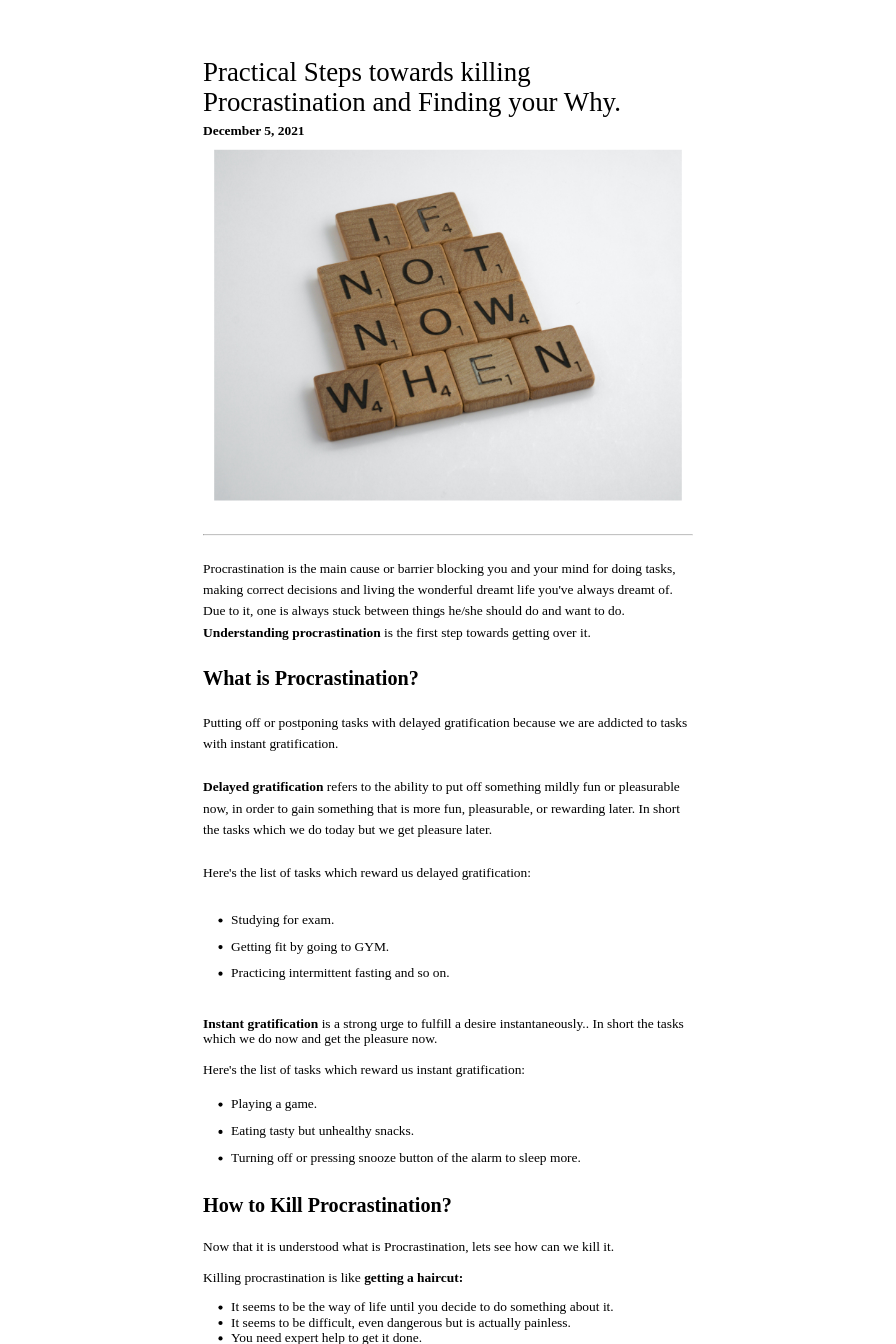
Repository: PuneetP16/Portfolio
Page: killing_procrastination.html
The author's editor kept a copy of each file at every save. The page is drawn from the files as they stood at one save, then again after the next save.
The browser window is 1280 px wide. The pictures show the part of the page from y = 0 to 1920 px (the page is 4238 px tall before and 4193 px after), at 70% of full size.
Some web fonts or font styles are not loaded; a fallback is used.

Above is the page before, as saved 2021-12-10 01:49:21.

### killing_procrastination.html
<!DOCTYPE html>
<html lang="en">

<head>
  <meta charset="UTF-8" />
  <meta name="viewport" content="width=device-width, initial-scale=1.0" />
  <title>Practical Steps towards killing Procrastination and Finding your Why.</title>
  <link rel="stylesheet" href="style.css" />
</head>

<body>
  <div class="blog-container blog-container-center" style="margin-top: 5rem">
    <h1 class="main-head">Practical Steps towards killing Procrastination and Finding your Why.</h1>
    <strong> December 5, 2021</strong>
    <header class="blog-head">
      <img class="blog-img"
        src="Images/brett-jordan-_Xwnk1DgTb8-unsplash.jpg"
        alt="Code" />
    </header>

    <hr />

    <p class="blog-paragraph">
      Procrastination is the main cause or barrier blocking you and your mind for doing tasks, making correct decisions and living the wonderful dreamt life you've always dreamt of. Due to it, one is always stuck between things he/she should do and want to do. <strong>Understanding procrastination</strong> is the first step towards getting over it.
    </p>

    <h2 class="blog-h2">What is Procrastination?</h2>
    <p class="blog-paragraph">
      Putting off or postponing tasks with delayed gratification because we are addicted to tasks with instant gratification. <br>
      <br>
      <strong>Delayed gratification</strong> refers to the ability to put off something mildly fun or pleasurable now, in order to gain something that is more fun, pleasurable, or rewarding later. In short the tasks which we do today but we get pleasure later. <br><br>
        Here's the list of tasks which reward us delayed gratification:
      <ul style="line-height: 2">
        <li>Studying for exam.</li>
        <li>Getting fit by going to GYM.</li>
        <li>Practicing intermittent fasting and so on.</li>
      </ul>
      <br>
      <strong>Instant gratification</strong> is a strong urge to fulfill a desire instantaneously.. In short the tasks which we do now and get the pleasure now. <br><br>
        Here's the list of tasks which reward us instant gratification:
      <ul style="line-height: 2">
        <li>Playing a game.</li>
        <li>Eating tasty but unhealthy snacks.</li>
        <li>Turning off or pressing snooze button of the alarm to sleep more.</li>
      </ul>
      <h2 class="blog-h2">How to Kill Procrastination?</h2>
      Now that it is understood what is Procrastination, lets see how can we kill it.<br><br>
      Killing procrastination is like <strong> getting a haircut:</strong> <br>
      <ul>
        <li>It seems to be the way of life until you decide to do something about it.</li>
        <li>It seems to be difficult, even dangerous but is actually painless.</li>
        <li>You need expert help to get it done.</li>
        <li>Both when done makes you feel good about yourself.</li>
      </ul>
      Below are the steps to remove procrastination for good.
      <h3>1. Understanding the hard truth </h3>
      <ul>
        <li>Nobody cares who you are!</li>
        <li>STOP Blaming or Being A Victim (Like I was) </li>
        <li>The world only responds to your action or what you produce</li>
        <li>You Are What You DO!</li>
      </ul>

      <h3>2. Realize Your Value</h3>
      <ul>
        <li>The ODDS of being A Human being are 400 Trillion to 1. </li>
        <li>There are 7 Billion Human Beings - You are already at the top because of all you have!</li>
        <li>You are a fantastic, precious creation of nature</li>
        <li>YOUR Life is Legendary?</li>
        <li>YOU deserve to Live Your Dream Life - Don't waste a second!</li>
        <li>Think what do Mukesh Ambani, Bill Gates, and You have in common?</li>
      </ul>

      <h3>3. Find Your WHY </h3>
      <ul>
        <li>Find the reason You want to LIVE YOUR DREAM LIFE.</li>
        <li>To give your loved ones the time, the gifts, the environment, the pampering they deserve?</li>
        <li>To give back to this fantastic world in any form?</li>
        <li>To be remembered as a Legend in your field? </li>
        <li>WHAT IS YOUR LIFE'S MISSION?</li>
        <li>You should write: "I want to Live My Dream Life Because…….."</li>
      </ul>

      <h3>4. Remove the 2 Hurdles</h3>
      <ol>
        <li>Instant Gratification Activities (Dopamine Detox)</li>
        <li>Your 1 Toxic Habit (Use I.E.R)</li>
      </ol>

      <h4>1st Hurdle: Instant Gratification Activities (Dopamine Detox)</h4>
      <ul>
        <li>Block ALL Notifications in your phone.</li>
        <li>Go to Settings -> Notifications</li>
        <li>Turn notifications off for ALL Apps</li>
        <li>This includes YouTube, Facebook, Instagram,  Amazon, Flipkart, Myntra, & ALL News apps etc.</li>
        <li>Such a Simple Step can itself show immediate benefits.</li>
        <li>Digital Detox - For the next 24 Hours - No Videos of any Kind, No Social Media, No Video Games, no songs.</li>
        <li>You can only read, write, talk, walk, eat simple food.</li>
      </ul>

      <h4>2nd Hurdle: Your 1 Toxic Habit (Use I.E.R)</h4>
      <ul>
        <li>I for identify: What is the one unproductive habit that takes up all your spare time?</li>
        <li>E for Eliminate: Remove it from the root. Never do it again.</li>
        <li>R for Replace: With 1 productive habit which contributes to your long-term growth. Make it easily accessible. Productive habits can be anything reading, writing, training or being with family.</li>
        <li>1 toxic habit wastes 80-90% of your time. Implementing this TODAY will dramatically transform you day.</li>
      </ul>

      <h3>5. Take Action NOW.</h3>
      <ol>
        <li>STEP 1: Write Down " I need to Live My Dream Life because..."</li>
        <li>STEP 2: Block ALL app notifications & go on a Digital Detox for 24 hours.</li>
        <li>STEP 3: Identify, Eliminate and Replace your one TOXIC HABIT. </li>
      </ol>
      I recommend to use the following worksheet to remove procrastination for good. <br><br>
      <a href="https://paruluniversityacin-my.sharepoint.com/:w:/g/personal/180305221005_paruluniversity_ac_in/Ebi1ldGi0OpBhula2y21DAMBttAGShh9H3HnfXRHy4TEcg?e=gIK8Ci">Digital worksheet for killing procrastination and finding your WHY.</a>
    <h2 class="blog-h2">Final Words</h2>
      <h3 class="quotes">If You Procrastinate on Killing Procrastination, Procrastination will kill you!</h3>
      <h3 class="quotes">Nothing can stop the man who will bet even his own existence on his stated purpose.</h3>

    <hr />

    <footer class="blog-footer">
      <div><strong>Social media handle's</strong></div>
      <ul class="social-links list-non-bullet">
        <li class="list-item-inline">
          <a class="link" href="https://twitter.com/PatelPuneet16" target="_blank">Twitter</a>
        </li>
        <li class="list-item-inline">
          <a class="link" href="https://github.com/PuneetP16" target="_blank">Github</a>
        </li>
        <li class="list-item-inline">
          <a class="link" href="https://www.linkedin.com/in/puneet-patel-96b607a0/" target="_blank">LinkedIn</a>
        </li>
      </ul>
    </footer>
  </div>
</body>

</html>

### style.css
@import url('https://fonts.googleapis.com/css2?family=Fuzzy+Bubbles&family=Merriweather&family=Montserrat:ital,wght@0,400;1,500&family=Sacramento&display=swap');

:root {
  --primary-color: #F87171;
  --off-white: #f3f4f6;
  --dark-gray: #6b7280;
}

body {
  font-family: 'Fuzzy Bubbles', cursive;
  max-width: 85%;
  margin: 0px auto;
  font-size: 1.2rem;
}

.container {
  padding-left: 1rem;
  padding-right: 1rem;
}

.container-center {
  max-width: 900px;
  width: 100%;
  margin: auto;
}

.container-center h1 {
  font-family: 'Sacramento', cursive;
  font-size: 2.4rem;
}

hr {
  margin: 2rem 0;
}

/** links **/
.link {
  text-decoration: none;
  border-radius: 0.5rem;
  padding: 0.8rem 0.8rem;
  margin-top: 0.5rem;
  margin-bottom: 0.5rem;
  display: inline-block;
}

.link-primary {
  background-color: var(--primary-color);
  color: white;
}

.link-secondary {
  border: 1px solid var(--primary-color);
  color: var(--primary-color);
}

.link-without-decoration {
  display: block;
  text-decoration: none;
  color: white;
  font-size: 2rem;
  margin: auto;
  text-align: center;
  padding-right: 550px;
}

/** Lists **/
.list-non-bullet {
  list-style: none;
  padding-inline-start: 0px;
  margin-block-end: 0px;
}

.list-item-inline {
  display: inline;
  padding: 0rem 0.5rem;
}

.list-item-container {
  padding: 1rem;
  text-align: center;
  border-radius: 1rem;
  margin-top: 1rem;
  margin-bottom: 3rem;
}

/** Navigation **/
.navigation {
  background-color: var(--primary-color);
  color: white;
  padding: 1rem;
  margin-bottom: 2rem;
  border-bottom-left-radius: 2rem;
  border-bottom-right-radius: 2rem;
}

.navigation .nav-head {
  font-weight: bold;
  font-size: 1.2rem;
}

.navigation .nav-pills {
  text-align: right;
  margin-top: 0px;
}

.navigation .link {
  color: white;
  font-size: 1.4rem;
}

.navigation .link-active {
  font-weight: bold;
}

/** Header **/
.hero {
  padding: 2rem;
}

.hero .hero-img {
  max-width: 450px;
  display: block;
  margin: auto;
}

.hero .hero-heading {
  color: var(--dark-gray);
  text-align: center;
}

.hero .hero-heading span {
  color: var(--primary-color);
}
/** Sections **/

.section {
  margin-top: 2rem;
  padding: 2rem;
  border-radius: 1rem;
  text-align: center;
}

.section p {
  font-size: 1.2rem;
}

.ow {
  background-color: var(--off-white);
}

/** Footer **/
.footer {
  background-color: var(--primary-color);
  color: white;
  margin-top: 2rem;
  padding: 2rem;
  padding-top: 20px;
  padding-bottom: 16px;
  border-top-right-radius: 1rem;
  text-align: center;
  border-top-left-radius: 3rem;
  border-top-right-radius: 3rem;
}

.footer .footer-header {
  font-weight: bold;
  font-size: large;
}

.footer .link {
  color: white;
}

.footer .social-links {
  padding-inline-start: 0px;
  margin-top: 8 px;
}

/** Blog Styling **/

.blog-container {
  padding-left: 1rem;
  padding-right: 1rem;
}

.blog-container-center {
  max-width: 700px;
  width: 100%;
  margin: auto;
}

div .blog-paragraph {
  margin-top: 2rem;
  margin-bottom: 2rem;
  line-height: 1.6;
}

div .blog-h2 {
  margin-top: 2rem;
  margin-bottom: 2rem;
}

div .blog-img {
  width: 100%;
  display: block;
}

div .blog-head {
  padding: 1rem;
}

/** blog footer **/

.blog-footer {
  color: Black;
  margin-top: 2rem;
  padding: 2rem;
  border-top-right-radius: 1rem;
  text-align: center;
}

.blog-footer .link {
  color: blue;
}

.main-head {
  font-weight: normal;
  margin-bottom: 0.5rem;
}

.quotes {
  text-align: center;
  font-size: 1.6rem;
  color:darkcyan;
}

.contact-me {
  background-color:#FEE2E2;
  padding: 0.05rem 0.5rem 2rem 0.5rem;
  border-radius: 1rem;
  font-size: 1.13rem;
}


.contact-me .btn{
  /* text-align: center;
  width: auto; */
  border-radius: 15px;
  font-size: 20px;
  font-weight: 600;
  background-color: var(--primary-color);
  color: white;
  padding: 10px 30px;
  border: 2px solid #000000;
  margin: auto;
  margin-top: 1rem;
  cursor: pointer;
  max-width: 85%;
}

.contact-me .btn:hover{
  background-color: #5FA8D3;
  color: #1B4965;
}

After the next save:
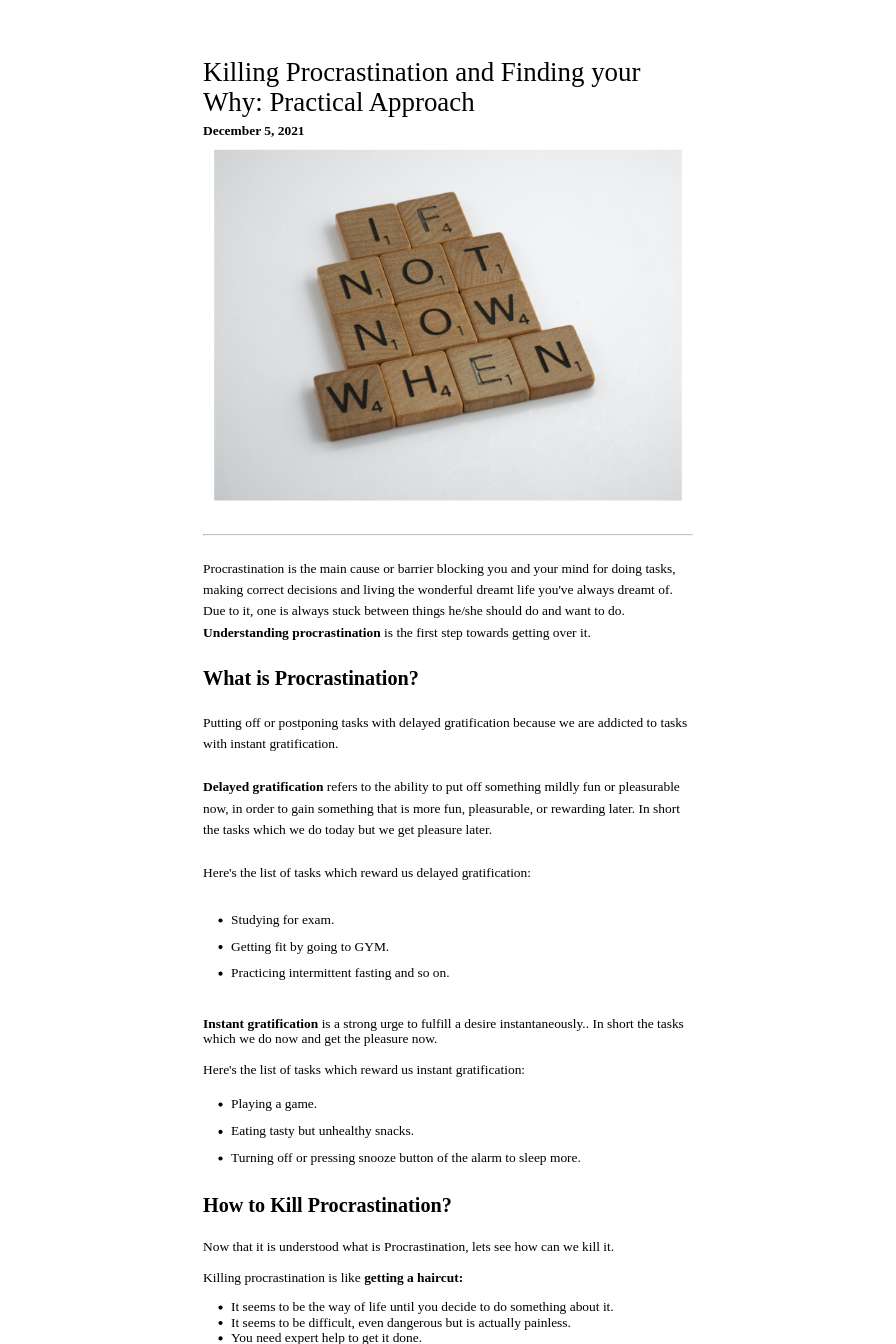
Saved 3 min 10 s later.
--- a/killing_procrastination.html
+++ b/killing_procrastination.html
@@ -4,13 +4,13 @@
 <head>
   <meta charset="UTF-8" />
   <meta name="viewport" content="width=device-width, initial-scale=1.0" />
-  <title>Practical Steps towards killing Procrastination and Finding your Why.</title>
+  <title>Killing Procrastination and Finding your Why: Practical Approach</title>
   <link rel="stylesheet" href="style.css" />
 </head>
 
 <body>
   <div class="blog-container blog-container-center" style="margin-top: 5rem">
-    <h1 class="main-head">Practical Steps towards killing Procrastination and Finding your Why.</h1>
+    <h1 class="main-head">Killing Procrastination and Finding your Why: Practical Approach</h1>
     <strong> December 5, 2021</strong>
     <header class="blog-head">
       <img class="blog-img"
